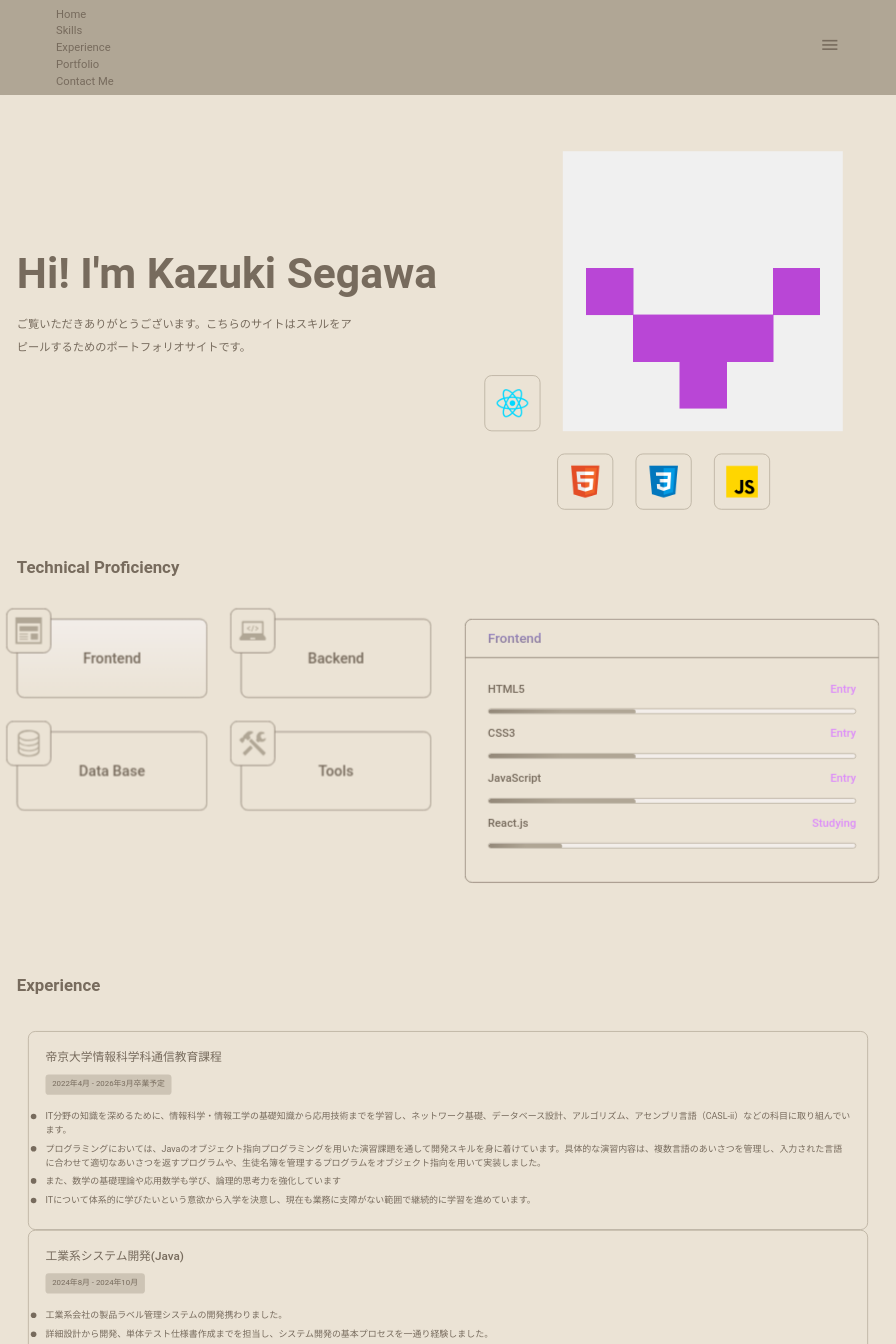
Repository: segawa74/SegawaSite
Page: /
The author's editor kept a copy of each file at every save. The page is drawn from the files as they stood at one save, then again after a run of saves.
The browser window is 1280 px wide. The pictures show the part of the page from y = 0 to 1920 px (the page is 3141 px tall before and 3133 px after), at 70% of full size.
The project was rebuilt for these pictures with package versions that can differ from the ones it lists, and the page was loaded fresh each time. Also part of the build but not shown: vite.config.ts, src/components/Navbar/Navbar.css.

Above is the page before, as saved 2024-10-23 18:26:35.

### src/main.tsx
import { StrictMode } from "react";
import { createRoot } from "react-dom/client";
import App from "./App.js";
import "./index.css";
import "slick-carousel/slick/slick.css";
import "slick-carousel/slick/slick-theme.css";

const rootElement = document.getElementById("root");

if (rootElement) {
  createRoot(rootElement).render(
    <StrictMode>
      <App />
    </StrictMode>
  );
} else {
  console.error("Root element not found");
}

### src/App.tsx
import "./App.css";
import Hero from "./components/Hero/Hero";
import Navbar from "./components/Navbar/Navbar";
import Skills from "./components/Skills/Skills";
import Experience from "./components/Experience/Experience";
import Portfolio from "./components/Portfolio/Portfolio";
import ContactMe from "./components/ContactMe/ContactMe";
import Footer from "./components/Footer/Footer";

function App() {
  return (
    <>
      <Navbar />
      <div className="container">
        <Hero />
        <Skills />
        <Experience />
        <Portfolio />
        <ContactMe />
      </div>
      <Footer />
    </>
  );
}

export default App;

### src/index.css
@import url("https://fonts.googleapis.com/css2?family=Material+Symbols+Outlined");

@tailwind base;
@tailwind components;
@tailwind utilities;

* {
  font-family: Roboto, 'Noto Sans JP', sans-serif;
  margin: 0;
  box-sizing: border-box;
}

body {

  color: #776B5D;
  background-color: #EBE3D5;
}

### src/App.css
.container {
  max-width: 1300px !important;
  margin: 0 auto;
  position: relative;
}

@media (max-width: 1300px) {
  .container {
    padding: 0 1.5rem;
  }
}

@media (max-width: 1380px) {
  .container {
    padding: 0 1.5rem;
  }
}

### src/components/Hero/Hero.tsx
import "./Hero.css";

const Hero: React.FC = () => {
  return (
    <section id="hero" className="hero-container">
      <div className="hero-content">
        <h2>Hi! I&apos;m Kazuki Segawa</h2>
        <p>
          ご覧いただきありがとうございます。こちらのサイトはスキルをアピールするためのポートフォリオサイトです。
        </p>
      </div>

      <div className="hero-img">
        <div>
          <div className="tech-icon">
            <img src="./assets/images/img01.png" alt="" />
          </div>
          <img src="./assets/images/identicon.png" alt="" />
        </div>

        <div>
          <div className="tech-icon">
            <img src="./assets/images/img02.png" alt="" />
          </div>
          <div className="tech-icon">
            <img src="./assets/images/img03.png" alt="" />
          </div>
          <div className="tech-icon">
            <img src="./assets/images/img04.png" alt="" />
          </div>
        </div>
      </div>
    </section>
  );
};

export default Hero;

### src/components/Navbar/Navbar.tsx
import { useState } from "react";
import "./Navbar.css";
import MobileNav from "./MobileNav/MobileNav";
import { Link } from "react-scroll";

const NavBar: React.FC = () => {
  const [openMenu, setOpenMenu] = useState<boolean>(false);

  const toggleMenu = () => {
    setOpenMenu(!openMenu);
  };

  return (
    <>
      <MobileNav isOpen={openMenu} toggleMenu={toggleMenu} />

      <nav className="bg-[#B0A695] sticky top-0 z-30 backdrop-blur-sm py-2">
        <div className="max-w-6xl mx-auto flex items-center justify-between px-4">
          <ul>
            <li>
              <Link
                activeClass="active"
                to="hero"
                smooth
                spy
                offset={-80}
                className="menu-item"
              >
                Home
              </Link>
            </li>

            <li>
              <Link
                activeClass="active"
                to="skills"
                smooth
                spy
                offset={-120}
                className="menu-item"
              >
                Skills
              </Link>
            </li>

            <li>
              <Link
                activeClass="active"
                to="exp"
                smooth
                spy
                offset={-100}
                className="menu-item"
              >
                Experience
              </Link>
            </li>

            <li>
              <Link
                activeClass="active"
                to="pf"
                smooth
                spy
                offset={-100}
                className="menu-item"
              >
                Portfolio
              </Link>
            </li>

            <li>
              <Link
                activeClass="active"
                to="contact-me"
                smooth
                spy
                offset={-100}
                className="menu-item"
              >
                Contact Me
              </Link>
            </li>
          </ul>

          <button className="menu-btn" onClick={toggleMenu}>
            <span
              className={"material-symbols-outlined"}
              style={{ fontSize: "1.8rem" }}
            >
              {openMenu ? "close" : "menu"}
            </span>
          </button>
        </div>
      </nav>
    </>
  );
};

export default NavBar;

### src/components/Experience/Experience.tsx
import "./Experience.css";
import ExperienceCard from "./ExperienceCard/ExperienceCard";
import { EXPERIENCE } from "../../utils/data";

interface ExperienceDetails {
  title: string;
  date: string;
  responsibilities: string[];
}

const Experience: React.FC = () => {
  return (
    <section id="exp" className="experience-container">
      <h5>Experience</h5>

      <div className="experience-content">
        {EXPERIENCE.map((item: ExperienceDetails) => (
          <ExperienceCard key={item.title} details={item} />
        ))}
      </div>
    </section>
  );
};

export default Experience;

### src/components/Portfolio/Portfolio.tsx
import { useRef } from "react";
import "./Portfolio.css";
import { PORTFOLIO } from "../../utils/data";
import PortfolioCard from "./PortfolioCard/PortfolioCard";
import Slider from "react-slick";

interface PortfolioItem {
  title: string;
}

const Portfolio = () => {
  const sliderRef = useRef<Slider>(null);

  const settings = {
    dots: false,
    infinite: true,
    speed: 500,
    slidesToShow: 2,
    slidesToScroll: 1,
    arrows: true,
    responsive: [
      {
        breakpoint: 769,
        settings: {
          slidesToShow: 1,
          slidesToScroll: 1,
        },
      },
    ],
  };

  return (
    <section id="pf" className="portfolio-container">
      <h5>Portfolio</h5>

      <div className="portfolio-item">
        <Slider ref={sliderRef} {...settings}>
          {PORTFOLIO.map((item: PortfolioItem) => (
            <PortfolioCard key={item.title} details={item} />
          ))}
        </Slider>
      </div>
    </section>
  );
};

export default Portfolio;

### src/components/ContactMe/ContactMe.tsx
import "./ContactMe.css";
import ContactInfoCard from "./ContactInfoCard/ContactInfoCard";

const ContactMe: React.FC = () => {
  return (
    <section id="contact-me" className="contact-container">
      <h5>Contact Me</h5>

      <div className="contact-content">
        <ContactInfoCard
          iconUrl="./assets/images/email-icon.svg"
          text="segawa74dev@gmail.com"
        />
        <a
          href="https://github.com/segawa74"
          target="_blank"
          rel="noopener noreferrer"
        >
          <ContactInfoCard
            iconUrl="./assets/images/github-icon.svg"
            text="https://github.com/segawa74"
          />
        </a>
      </div>
    </section>
  );
};

export default ContactMe;

### src/components/Footer/Footer.tsx
import "./Footer.css";

const Footer: React.FC = () => {
  return <div className="footer"></div>;
};

export default Footer;

### src/components/Skills/Skills.css
.skills-container {
  margin: 4rem 0;
  position: relative;
}

.skills-container h5 {
  font-size: 1.5rem;
  font-weight: 600;
  margin-bottom: 3.5rem;
}

.skills-content {
  display: flex;
  align-items: flex-start;
  gap: 3rem;
}

.skills {
  flex: 1;
  display: grid;
  grid-gap: 3rem;
  grid-template-columns: repeat(2, 1fr);
}

.skills-info {
  flex: 1;
}

@media (max-width: 1025px) {
  .skills {
    padding-left: 1rem;
  }

  .skills,
  .skills-content {
    grid-gap: 2rem;
  }
}

@media (max-width: 768px) {
  .skills-content {
    flex-direction: column-reverse;
    gap: 3rem;
  }

  .skills,
  .skills-info {
    width: 100%;
  }

  .skills-container h5 {
    font-size: 1.3rem;
    margin-bottom: 2rem;
  }

  .skills-container::after,
  .skills-container::before {
    width: 18rem;
    height: 18rem;
  }
}

@media (max-width: 600px) {
  .skills-container {
    padding: 0;
  }
}

### src/components/Skills/SkillCard/SkillCard.tsx
import "./SkillCard.css";

interface SkillCardProps {
  title: string;
  iconUrl: string;
  isActive: boolean;
  onClick: () => void;
}

const SkillCard: React.FC<SkillCardProps> = ({
  title,
  iconUrl,
  isActive,
  onClick,
}) => {
  return (
    <div
      className={`skills-card ${isActive ? "active" : ""}`}
      onClick={onClick}
    >
      <div className="skill-icon">
        <img src={iconUrl} alt={title} />
      </div>

      <span>{title}</span>
    </div>
  );
};

export default SkillCard;

### src/components/Skills/SkillsInfoCard/SkillsInfoCard.tsx
import React from "react";
import "./SkillsInfoCard.css";

interface Skill {
  skill: string;
  skillLevel: string;
  percentage: string;
}

interface SkillsInfoCardProps {
  heading: string;
  skills: Skill[];
}

const SkillsInfoCard: React.FC<SkillsInfoCardProps> = ({ heading, skills }) => {
  return (
    <div className="skills-info-card">
      <h6>{heading}</h6>

      <div className="skills-info-content">
        {skills.map((item, index) => (
          <React.Fragment key={`skill_${index}`}>
            <div className="skill-info">
              <p>{item.skill}</p>
              <p className="skill-level">{item.skillLevel}</p>
            </div>

            <div className="skill-progress-bg">
              <div
                className="skill-progress"
                style={{ width: item.percentage }}
              />
            </div>
          </React.Fragment>
        ))}
      </div>
    </div>
  );
};

export default SkillsInfoCard;

### src/components/Experience/Experience.css
.experience-container {
  margin: 8rem 0;
  position: relative;
}

.experience-container h5 {
  font-size: 1.5rem;
  font-weight: 600;
  margin-bottom: 3rem;
}

@media (max-width: 768px) {
  .experience-container {
    margin: 4rem 0;
  }

  .experience-container h5 {
    font-size: 1.3rem;
    margin-bottom: 2rem;
  }
}

### src/components/Experience/ExperienceCard/ExperienceCard.tsx
import "./ExperienceCard.css";

interface ExperienceDetails {
  title: string;
  date: string;
  responsibilities: string[];
}

interface ExperienceCardProps {
  details: ExperienceDetails;
}

const ExperienceCard: React.FC<ExperienceCardProps> = ({ details }) => {
  return (
    <div className="experience-card">
      <h6>{details.title}</h6>

      <div className="duration">{details.date}</div>

      <ul>
        {details.responsibilities.map((item) => (
          <li key={item}>{item}</li>
        ))}
      </ul>
    </div>
  );
};

export default ExperienceCard;

### src/components/Portfolio/Portfolio.css
.portfolio-container {
  margin: 8rem 0;
  position: relative;
}

.portfolio-container h5 {
  font-size: 1.5rem;
  font-weight: 600;
  margin-bottom: 3rem;
}

.portfolio-item {
  background: #EBE3D5;
  border-radius: 0.65rem;
  border: 1.5px solid #776B5D;
  padding: 1.5rem;
  margin: 0 1rem;
}

.portfolio-item h6 {
  font-size: 1.05rem;
  font-weight: 500;
  margin-bottom: 0.7rem;
}

.portfolio-item ul li {
  list-style: none;
  font-size: 0.8rem;
  font-weight: 400;
  margin-bottom: 0.5rem;
  position: relative;
}

@media (max-width: 768px) {
  .portfolio-item {
    margin: 0;
  }

  .portfolio-item h6 {
    font-size: 0.95rem;
  }

  .portfolio-item ul li {
    font-size: 0.75rem;
  }

  .portfolio-container {
    margin: 4rem 0;
  }

  .portfolio-container h5 {
    font-size: 1.3rem;
    margin-bottom: 2rem;
  }
}

### src/components/Portfolio/PortfolioCard/PortfolioCard.tsx
import "./PortfolioCard.css";

interface PortfolioCardProps {
  details: {
    link: string;
    title: string;
    img: string;
    comment?: string;
  };
}

const PortfolioCard: React.FC<PortfolioCardProps> = ({ details }) => {
  return (
    <div className="portfolio-card">
      <a href={details.link} target="_blank" rel="noopener noreferrer">
        <h6>{details.title}</h6>

        <img src={details.img} alt={details.title} />
        {details.comment}
      </a>
    </div>
  );
};

export default PortfolioCard;

### src/components/ContactMe/ContactMe.css
.contact-container {
  margin: 4rem 0;
  position: relative;
}

.contact-container h5 {
  font-size: 1.5rem;
  font-weight: 600;
  margin-bottom: 3rem;
}

.contact-content {
  display: grid;
  grid-template-columns: repeat(2, 1fr);
  gap: 3rem;
}


.contact-content a {
  color: inherit;
  text-decoration: none;
}

@media (max-width: 768px) {
  .contact-content {
    grid-template-columns: 1fr;
  }

  .contact-container h5 {
    font-size: 1.3rem;
    margin-bottom: 1.5rem;
  }
}

### src/components/ContactMe/ContactInfoCard/ContactInfoCard.tsx
import "./ContactInfoCard.css";

interface ContactInfoCardProps {
  iconUrl: string;
  text: string;
}

const ContactInfoCard: React.FC<ContactInfoCardProps> = ({ iconUrl, text }) => {
  return (
    <div className="contact-details-card">
      <div className="icon">
        <img src={iconUrl} alt={text} />
      </div>
      <p>{text}</p>
    </div>
  );
};

export default ContactInfoCard;

### src/components/Footer/Footer.css
.footer {
    font-size: 0.8rem;
    text-align: center;
    background: #776B5D;
    padding: 1rem;
}

### src/components/Navbar/MobileNav/MobileNav.css
.mobile-menu {
  width: 100vw;
  height: 100vh;
  display: none;
  background-color: rgba(0, 0, 0, 0.3);
  position: fixed;
  left: 0;
  top: 0;
  z-index: 999 !important;
  opacity: 0;
  box-shadow: 0px 29px 80px rgba(0, 0, 0, 0.3);
  transition: all 0.3s ease;
  transform: translateX(-100vw);
}

.mobile-menu-container {
  width: 60vw;
  height: 100vh;
  background-color: #B0A695;
  padding: 2rem;
}

.mobile-menu.active {
  opacity: 1;
  transform: translateX(0);
}

.mobile-menu img {
  margin-bottom: 3rem;
}

.mobile-menu ul {
  display: flex;
  flex-direction: column;
  gap: 2rem;
  list-style: none;
  margin-left: -2rem;
}

@media (max-width: 769px) {
  .mobile-menu {
    display: block;
  }
}

### src/components/Skills/SkillCard/SkillCard.css
.skills-card {
  border-radius: 0.65rem;
  border: 1.5px solid #776B5D;
  padding: 2.5rem;
  text-align: center;
  background: #EBE3D5;
  backdrop-filter: blur(1rem);
  position: relative;
  cursor: pointer;
  transition: all 0.3s ease;
}

.skills-card:hover,
.skills-card.active {
  background: linear-gradient(180deg, #F3EEEA 0%, #EBE3D5 100%);
}

.skills-card span {
  font-size: 1.3rem;
  font-weight: 500;
}

.skill-icon {
  width: 4rem;
  height: 4rem;
  display: flex;
  align-items: center;
  justify-content: center;
  background: #EBE3D5;
  border-radius: 0.65rem;
  border: 1.5px solid #776B5D;
  position: absolute;
  top: -1rem;
  left: -1rem;
}

.skill-icon img {
  width: 2.4rem;
  height: auto;
  object-fit: contain;
}

@media (max-width: 1025px) {
  .skills-card {
    padding: 2rem;
  }

  .skills-card span {
    font-size: 1rem;
  }

  .skill-icon {
    width: 3rem;
    height: 3rem;
  }

  .skill-icon img {
    width: 1.8rem;
  }
}

@media (max-width: 768px) {
  .skills-card span {
    font-size: 0.9rem;
  }
}

### src/components/Experience/ExperienceCard/ExperienceCard.css
.experience-card {
  background: #EBE3D5;
  border-radius: 0.65rem;
  border: 1.5px solid #B0A695;
  padding: 1.5rem;
  margin: 0 1rem;
}

.experience-card h6 {
  font-size: 1.05rem;
  font-weight: 500;
  margin-bottom: 0.7rem;
}

.duration {
  display: inline-block;
  font-size: 0.7rem;
  font-weight: 400;
  background: rgba(176, 166, 149, 0.5);
  border-radius: 0.3rem;
  padding: 0.4rem 0.6rem;
  margin-bottom: 1.3rem;
}

.experience-card ul li {
  list-style: none;
  font-size: 0.8rem;
  font-weight: 400;
  margin-bottom: 0.5rem;
  position: relative;
}

.experience-card ul li::after {
  content: " ";
  width: 0.5rem;
  height: 0.5rem;
  background-color: #776B5D;
  border-radius: 0.5rem;
  position: absolute;
  left: -1.3rem;
  top: 0.35rem;
}

@media (max-width: 768px) {
  .experience-card {
    margin: 0;
  }

  .experience-card h6 {
    font-size: 0.95rem;
  }

  .experience-card ul li {
    font-size: 0.75rem;
  }
}

### src/components/Portfolio/PortfolioCard/PortfolioCard.css
.portfolio-card {
    background: #EBE3D5;
    border-radius: 0.65rem;
    border: 1.5px solid #776B5D;
    padding: 1.5rem;
    margin: 0 1rem;
}

.portfolio-card h6 {
    font-size: 1.05rem;
    font-weight: 500;
    margin-bottom: 0.7rem;
}

.portfolio-card ul li {
    list-style: none;
    font-size: 0.8rem;
    font-weight: 400;
    margin-bottom: 0.5rem;
    position: relative;
}

.portfolio-card img {
    width: 100%;
    border-radius: 0.65rem;
    border: 1.5px solid #776B5D;
}

.portfolio-card a {
    color: inherit;
    text-decoration: none;
}

@media (max-width: 768px) {
    .portfolio-card {
        margin: 0;
    }

    .portfolio-card h6 {
        font-size: 0.95rem;
    }

    .portfolio-card ul li {
        font-size: 0.75rem;
    }
}

### src/components/ContactMe/ContactInfoCard/ContactInfoCard.css
.contact-details-card {
  display: flex;
  flex-direction: column;
  align-items: center;
  justify-content: space-around;
  background: #EBE3D5;
  border-radius: 0.65rem;
  border: 1.5px solid #776B5D;
  padding: 1.5rem;
  margin-bottom: 2rem;
}

.contact-details-card .icon {
  width: 4rem;
  height: 4rem;
  display: flex;
  align-items: center;
  justify-content: center;
  border-radius: 0.5rem;
  background: #EBE3D5;
  border-radius: 0.65rem;
  border: 1.5px solid #776B5D;
  margin-bottom: 0.8rem;
}

.icon img {
  width: 1.8rem;
  height: auto;
  object-fit: contain;
}

.contact-details-card p {
  font-size: 0.9rem;
  font-weight: 400;
  text-align: center;
}

@media (max-width: 400px) {
  .contact-details-card p {
    font-size: 0.8rem;
  }
}

Loaded but not shown: index.html (common file); tailwind.config.js (57 lines, source omitted); src/utils/data.ts (101 lines, source omitted); src/components/Hero/Hero.css (203 lines, source omitted); src/components/Navbar/MobileNav/MobileNav.tsx (64 lines, source omitted); src/components/Skills/Skills.tsx (54 lines, source omitted); src/components/Skills/SkillsInfoCard/SkillsInfoCard.css (74 lines, source omitted)

After the next 2 saves:
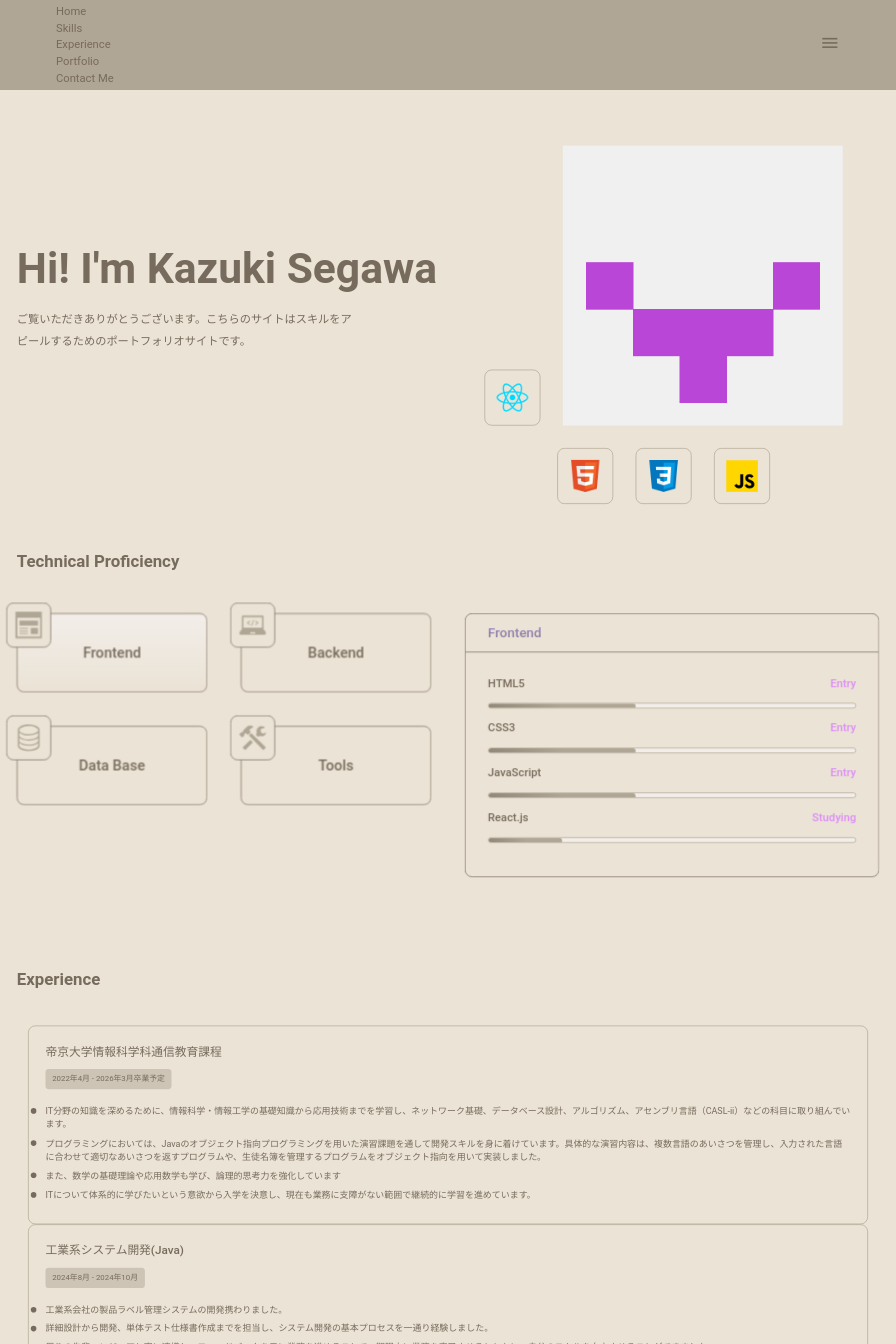
The 2 saves are shown as one change because they came seconds apart.
The last was saved 13 s later.
--- a/src/components/Navbar/Navbar.tsx
+++ b/src/components/Navbar/Navbar.tsx
@@ -14,7 +14,7 @@
     <>
       <MobileNav isOpen={openMenu} toggleMenu={toggleMenu} />
 
-      <nav className="bg-[#B0A695] sticky top-0 z-30 backdrop-blur-sm py-2">
+      <nav className="bg-[#B0A695] sticky top-0 z-30 backdrop-blur-sm py-1">
         <div className="max-w-6xl mx-auto flex items-center justify-between px-4">
           <ul>
             <li>

After the save that followed:
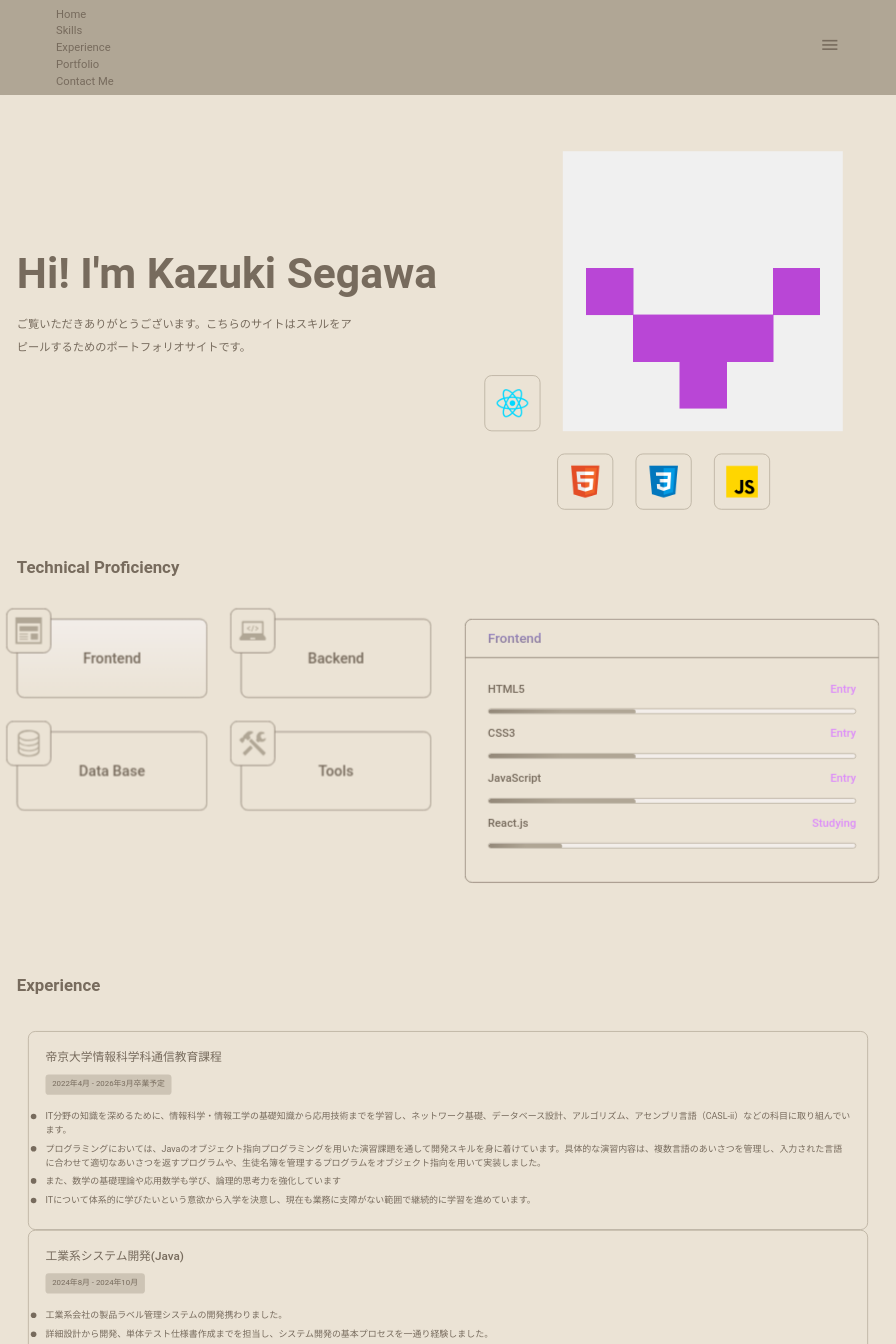
Saved 65 s later.
--- a/src/components/Navbar/Navbar.tsx
+++ b/src/components/Navbar/Navbar.tsx
@@ -14,7 +14,7 @@
     <>
       <MobileNav isOpen={openMenu} toggleMenu={toggleMenu} />
 
-      <nav className="bg-[#B0A695] sticky top-0 z-30 backdrop-blur-sm py-1">
+      <nav className="bg-[#B0A695] sticky top-0 z-30 backdrop-blur-sm py-2">
         <div className="max-w-6xl mx-auto flex items-center justify-between px-4">
           <ul>
             <li>
